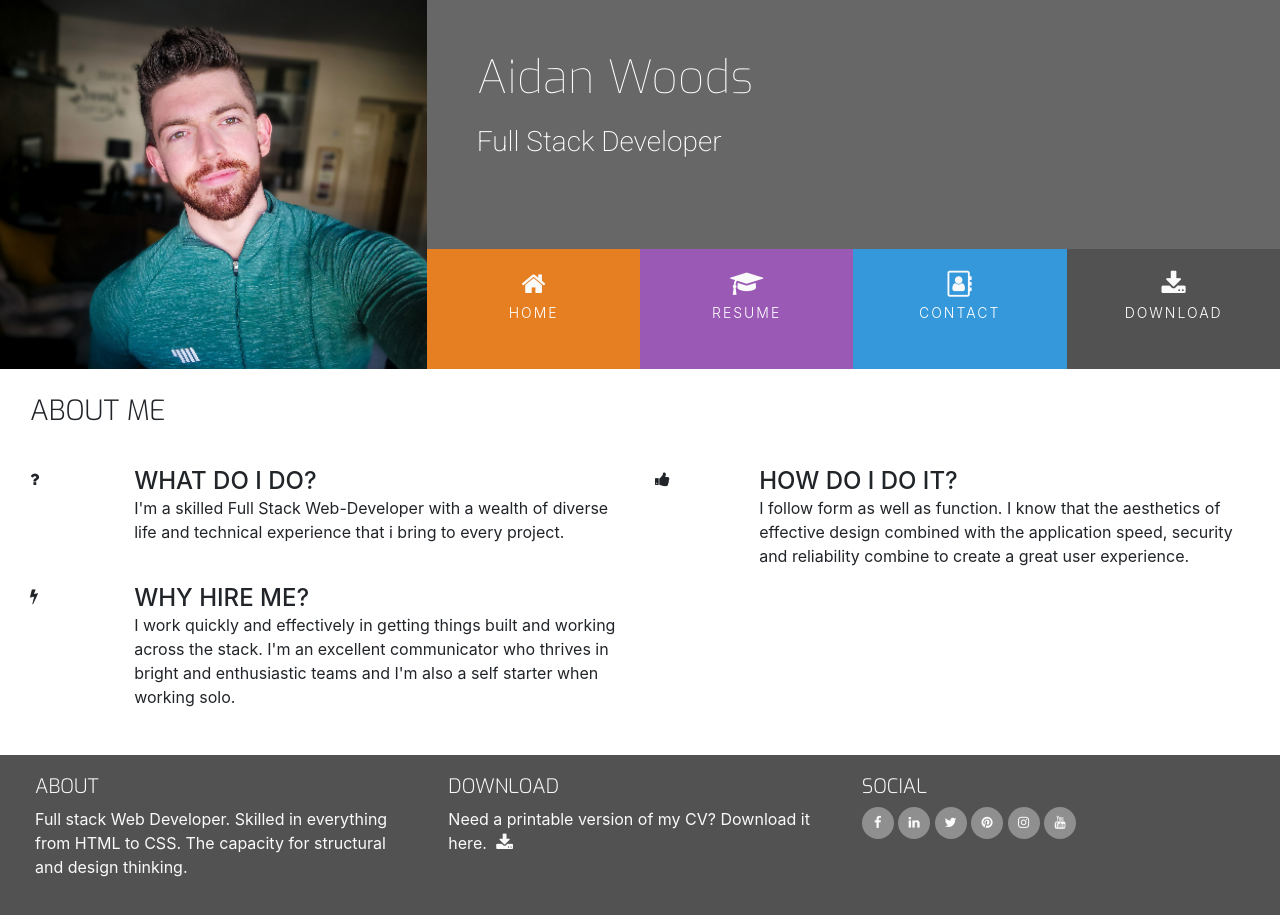
Repository: woodsyboi/Resume
Page: index.html
The author's editor kept a record of every edit. The page is drawn from the files as they stood at one moment, then again after the next edit.
The browser window is 1280 px wide. The pictures show the whole page.

Above is the page before.

### index.html
<!DOCTYPE html>
<html lang="en">

<head>
    <meta charset="UTF-8">
    <meta name="viewport" content="width=device-width, initial-scale=1.0">
    <meta http-equiv="X-UA-Compatible" content="ie=edge">
    <link rel="stylesheet" href="https://stackpath.bootstrapcdn.com/bootstrap/4.3.1/css/bootstrap.min.css" type="text/css" />
    <link rel="stylesheet" href="https://stackpath.bootstrapcdn.com/font-awesome/4.7.0/css/font-awesome.min.css" type="text/css" />
    <link rel="stylesheet" href="https://cdnjs.cloudflare.com/ajax/libs/hover.css/2.3.1/css/hover-min.css
" type="text/css" />
    <link rel="stylesheet" href="assets/css/style.css" type="text/css" />
    <title>Aidan</title>
</head>

<body>
    <header>
        <div class="row no-gutters">
            <a href="index.html" class="col-md-4 logo">

            </a>
            <div class="col-md-8">
                <div class="row no-gutters bg-color-name-title">
                    <div class="col heading">
                        <h1 class="name">Aidan Woods</h1>
                        <h2 class="title">Full Stack Developer</h2>
                    </div>

                </div>
                <div class="row no-gutters">
                    <div class="col">
                        <ul id="nav" class="list-inline menucontainer">
                            <li class="col-6 col-sm-3 ui-menu-color-home list-inline-item menuitem">
                                <a href="#" class="hvr-sweep-to-bottom"><i class="fa fa-home"></i><span>Home</span></a>
                            </li>
                            <li class="col-6 col-sm-3 ui-menu-color-resume list-inline-item menuitem">
                                <a href="#" class="hvr-sweep-to-bottom"><i class="fa fa-graduation-cap"></i><span>Resume</span></a>
                            </li>
                            <li class="col-6 col-sm-3 ui-menu-color-contact list-inline-item menuitem">
                                <a href="#" class="hvr-sweep-to-bottom"><i class="fa fa-address-book-o"></i><span>Contact</span></a>
                            </li>
                            <li class="col-6 col-sm-3 ui-menu-color-download list-inline-item menuitem">
                                <a href="#" class="hvr-sweep-to-bottom"><i class="fa fa-download"></i><span>Download</span></a>
                            </li>
                        </ul>
                    </div>
                </div>

            </div>
        </div>
    </header>

    <section class="container-fluid">

        <div class="row row-table">
            <div class="col-md-8 bg-color-three-reasons section-column">
                <div class="row">
                    <div class="col">
                        <h3 class="section-heading uppercase">About Me</h3>
                    </div>
                </div>
                <div class="row">
                    <div class="col-10 offset-1 offset-sm-0 col-sm-4 col-md-6">
                        <div class="row">
                            <div class="col-2">
                                <i class="three-reasons-icon fa fa-question" aria-hidden="true"></i>
                            </div>
                            <div class="col-10">
                                <h4 class="three-reasons-heading uppercase"> What do I do?</h4>
                                <p>
                                    I'm a skilled Full Stack Web-Developer with a wealth of diverse life and technical experience that i bring to every project.
                                </p>
                            </div>
                        </div>
                    </div>
                    <div class="col-10 offset-1 offset-sm-0 col-sm-4 col-md-6">
                        <div class="row">
                            <div class="col-2">
                                <i class="three-reasons-icon fa fa-thumbs-up" aria-hidden="true"></i>
                            </div>
                            <div class="col-10">
                                <h4 class="three-reasons-heading uppercase"> How Do I Do It?</h4>
                                <p>
                                    I follow form as well as function. I know that the aesthetics of effective design combined with the application speed, security and reliability combine to create a great user experience.

                                </p>
                            </div>
                        </div>
                    </div>
                    <div class="col-10 offset-1 offset-sm-0 col-sm-4 col-md-6">
                        <div class="row">
                            <div class="col-2">
                                <i class="three-reasons-icon fa fa-bolt" aria-hidden="true"></i>
                            </div>
                            <div class="col-10">
                                <h4 class="three-reasons-heading uppercase"> Why Hire Me?</h4>
                                <p>
                                    I work quickly and effectively in getting things built and working across the stack. I'm an excellent communicator who thrives in bright and enthusiastic teams and I'm also a self starter when working solo.
                                </p>
                            </div>
                        </div>
                    </div>


                </div>
            </div>
        </div>

    </section>


    <footer class="container-fluid">
        <div id="footer-details" class="row">
            <div class="col-sm-4">
                <h5 class="uppercase general-sub">About</h5>
                <p class="inline-block">
                    Full stack Web Developer. Skilled in everything from HTML to CSS. The capacity for structural and design thinking.</p>

            </div>
            <div class="col-sm-4">
                <h5 class="uppercase general-sub">Download</h5>
                <p class="inline-block">
                    Need a printable version of my CV? Download it here.
                    <a href="#" target="_blank" class="cv-pdf">
                        <i class="fa fa-download" aria-hidden="true"></i>
                        <span class="sr-only"> Download Link.</span>
                    </a>
                </p>

            </div>
            <div class="col-sm-4">
                <h5 class="uppercase general-sub">Social</h5>
                <ul class="list-inline social-links">
                    <li class="list-inline-item">
                        <a target="_blank" href="#">
                            <i class="fa fa-facebook" aria-hidden="true"></i>
                            <span class="sr-only">Facebook</span>
                        </a>
                    </li>
                    <li class="list-inline-item">
                        <a target="_blank" href="#">
                            <i class="fa fa-linkedin" aria-hidden="true"></i>
                            <span class="sr-only">LinkedIn</span>
                        </a>
                    </li>
                    <li class="list-inline-item">
                        <a target="_blank" href="#">
                            <i class="fa fa-twitter" aria-hidden="true"></i>
                            <span class="sr-only">Twitter</span>
                        </a>
                    </li>
                    <li class="list-inline-item">
                        <a target="_blank" href="#">
                            <i class="fa fa-pinterest" aria-hidden="true"></i>
                            <span class="sr-only">Pinterest</span>
                        </a>
                    </li>
                    <li class="list-inline-item">
                        <a target="_blank" href="#">
                            <i class="fa fa-instagram" aria-hidden="true"></i>
                            <span class="sr-only">Instagram</span>
                        </a>
                    </li>
                    <li class="list-inline-item">
                        <a target="_blank" href="#">
                            <i class="fa fa-youtube" aria-hidden="true"></i>
                            <span class="sr-only">YouTube</span>
                        </a>
                    </li>
                </ul>

            </div>
        </div>
    </footer>

</body>

</html>

### assets/css/style.css
@import url('https://fonts.googleapis.com/css?family=Roboto:100,200,300,400,500,600,700|Exo:100,200,300,400,500,600,700');


/*------------------------------Colors--------*/

.bg-color-name-title {
    background-color: #676767;
}


.bg-color-three-reasons {
    background-color:#fff;
}


.ui-menu-color-home {
    background-color: #e67e22;

}

.ui-menu-color-resume {
    background-color: #9b59b6;

}

.ui-menu-color-contact {
    background-color: #3498db;

}

.ui-menu-color-download {
    background-color: #525252;

}


/*----------------------------special paddings/margins/text*/

h1,
h2,
h3,
h4 {
    margin: 0;
}

.uppercase {
    text-transform: uppercase;
}

.general-sub {
    font-family:"Exo", sans-serif;
    font-weight: 300;
    color: #fafafa;
}

.inline-block{
    display:inline-block;
}

.row-table {
    display:table;
}

.section-column {
    display:table-cell;
    padding:0 30px 30px;
    float:none;
}

.section-heading{
    font-family:"Exo", sans-serif;
    font-weight: 300;
    margin-top: 25px;
    margin-bottom: 40px;
}
/*-------------------------------Heading--------*/

header {

    margin: 0;

}

.heading {
    margin-left: 50px;

}

.logo {
    background: url("../images/my_face.jpg");
    background-position: center;
    background-repeat: no-repeat;
    background-size: cover;
    min-height: 360px;
    transition: all .5s ease-in-out;
    -moz-transition: all .5s ease-in-out;
    -webkit-transition: all .5s ease-in-out;
}

.name {
    font-family: "Exo", sans-serif;
    font-weight: 100;
    font-size: 46px;
    margin-top: 50px;
    color: #fff;

}

.title {
    font-family: "Roboto", sans-serif;
    font-weight: 200;
    font-size: 28px;
    margin-top: 20px;
    margin-bottom: 90px;
    color: #fff;

}

.list-inline-item:not(:last-child) {
    margin: 0;
}

.menucontainer {
    font-size: 0;
}

#nav {
    margin: 0;
}

#nav li {
    font-size: 14px;
    padding: 0;
}


.menuitem {
    height: 120px;
    text-align: center;
    padding: 0;

}

.menuitem a {
    width: 100%;
    text-decoration: none;
    color: #fff;
    height: 120px;

}

.menuitem a i {
    padding-top: 22px;
    display: block;
    color: #fafafa;
    font-size: 26px;


}

.menuitem span {
    display: block;
    width: 100%;
    padding-top: 5px;
    text-align: center;
    text-transform: uppercase;
    font-size: 14px;
    font-weight: 300;
    letter-spacing: 2px;

}



/*----------------------------hover*/

.hvr-sweep-to-bottom:before {
    background-color: rgba(0, 0, 0, 0.2);
    height: 120px;

}


/*-------------------------------footer--------*/

footer{
    background-color: #525252;
    color:#fafafa;
    min-height: 120px;
}


.cv-pdf i{
   font-size: 18px;
   color: #fafafa;
   text-align: center;
   padding-left: 5px;
   transition: all 0.35s ease-in-out;
   -moz-transition: all 0.35s ease-in-out;
   -webkit-transition: all 0.35s ease-in-out;
   -o-transition: all 0.35s ease-in-out;

}

.cv-pdf i:hover {
    color:#e84710;
}

.social-links{
    padding-bottom: 15px;
}

.social-links li a i {
    width:32px;
    height:32px;
    padding:12px 0;
    border-radius:50%;
    font-size: 13px;
    line-height: 7px;
    text-align:center;
    color:#fafafa;
    background:#8f8f8f;
    transition: all 0.35s ease-in-out;
   -moz-transition: all 0.35s ease-in-out;
   -webkit-transition: all 0.35s ease-in-out;
   -o-transition: all 0.35s ease-in-out;

}

.social-links li a i:hover {
    background:#e84710;
}

#footer-details {
    padding:20px;
}

After the next edit:
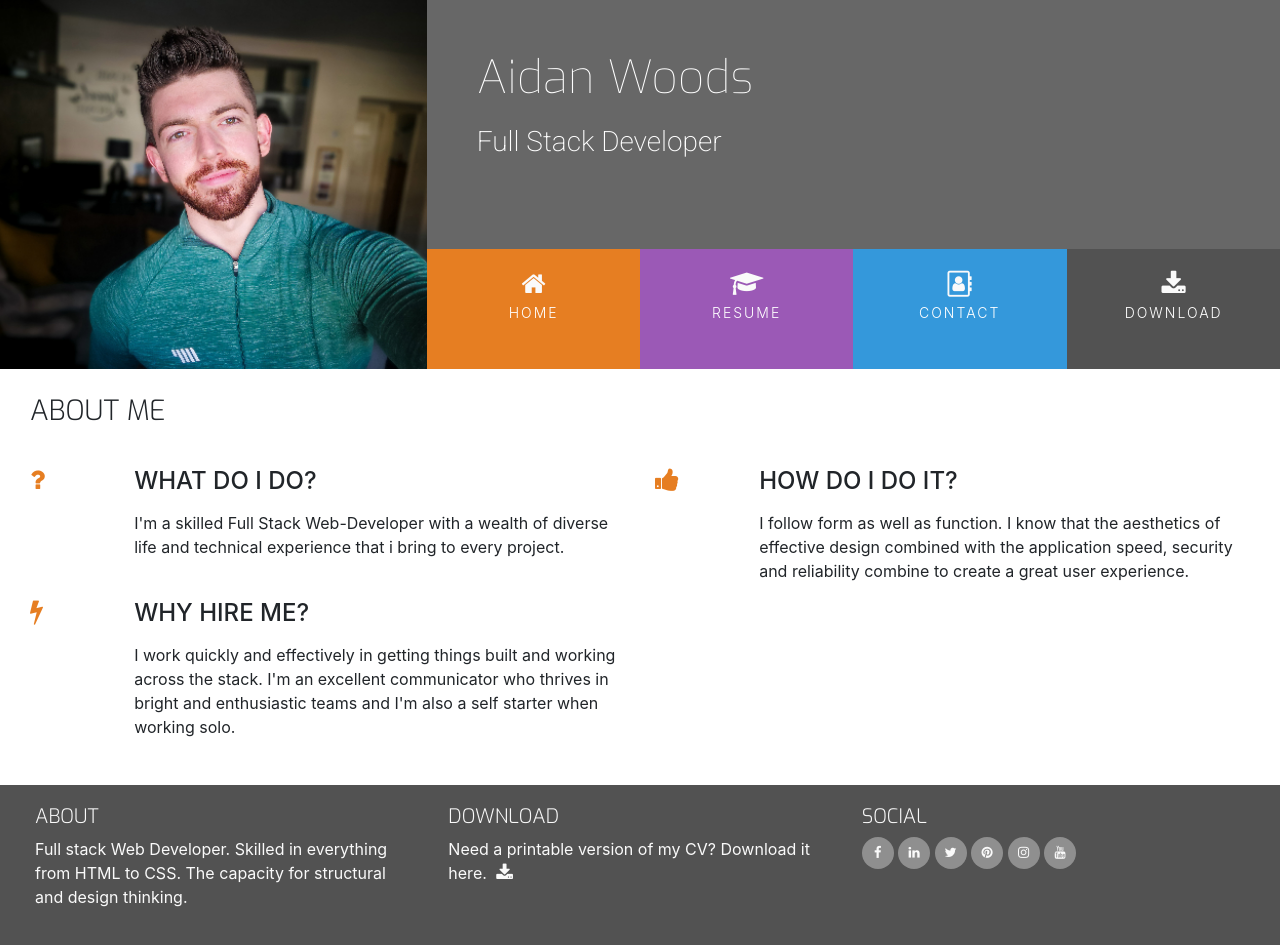
The edit:
--- a/assets/css/style.css
+++ b/assets/css/style.css
@@ -234,3 +234,14 @@
 #footer-details {
     padding:20px;
 }
+
+/*-------------------------------Three reasons--------*/
+
+.three-reasons-icon {
+    font-size:26px;
+    color: #e67e22;
+}
+
+.three-reasons-heading {
+    margin-bottom: 15px;
+}
